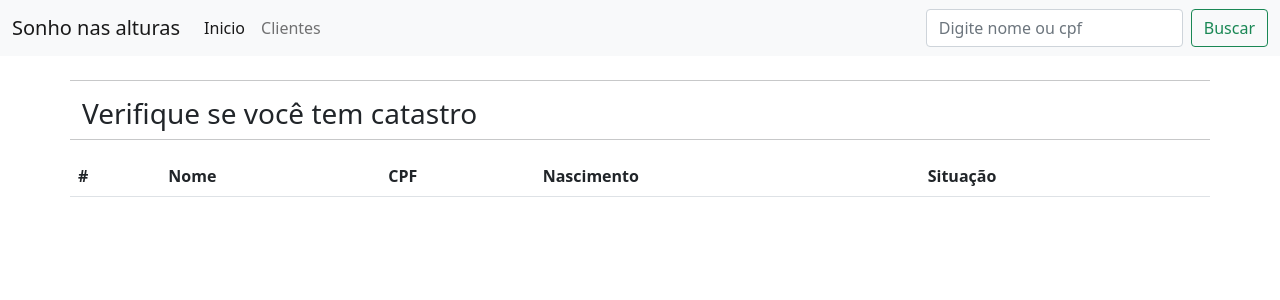
Repository: GabrielAzevedo99/back-end
Page: http://localhost/java-crud/lista.jsp
These files come from the project's save history. The page is drawn as it stood at one moment and after the next save; the edit follows.
The browser window is 1280 px wide. The pictures show the whole page.
The page is served by Tomcat 9. Other server files are loaded and not shown. The template is opened directly, without the code that normally fills it, so the values that code supplies are empty.

Above is the page before, as saved 2022-02-06 02:01:06.

### java-crud/src/main/webapp/lista.jsp
<%@ page language="java" contentType="text/html; charset=ISO-8859-1" pageEncoding="ISO-8859-1"%>
<%@ taglib uri='http://java.sun.com/jsp/jstl/core' prefix='c'%>
<!DOCTYPE html>
<html>
<head>
<meta charset="ISO-8859-1">
<title>Lista de Clientes</title>
<link href="https://cdn.jsdelivr.net/npm/bootstrap@5.1.3/dist/css/bootstrap.min.css" rel="stylesheet" integrity="sha384-1BmE4kWBq78iYhFldvKuhfTAU6auU8tT94WrHftjDbrCEXSU1oBoqyl2QvZ6jIW3" crossorigin="anonymous">
</head>
<body>
<nav class="navbar navbar-expand-lg navbar-light bg-light">
  <div class="container-fluid">
    <a class="navbar-brand" href="#">Sonho nas alturas</a>
    <button class="navbar-toggler" type="button" data-bs-toggle="collapse" data-bs-target="#navbarSupportedContent" aria-controls="navbarSupportedContent" aria-expanded="false" aria-label="Toggle navigation">
      <span class="navbar-toggler-icon"></span>
    </button>
    <div class="collapse navbar-collapse" id="navbarSupportedContent">
      <ul class="navbar-nav me-auto mb-2 mb-lg-0">
        <li class="nav-item">
          <a class="nav-link active" aria-current="page" href="index.html">Inicio</a>
        </li>
        <li class="nav-item">
          <a class="nav-link" href="#">Clientes</a>
        </li>


      </ul>
      <form action="CreateAndFind" method="GET" class="d-flex">
        <input name="pesquisa" class="form-control me-2" type="search" placeholder="Digite nome ou cpf" aria-label="Search">
        <button class="btn btn-outline-success" type="submit">Buscar</button>
      </form>
    </div>
  </div>
</nav>

<br>
<div class="container">
<div class="row">
<hr>
<h3>Verifique se você tem catastro</h3>
<hr>
<table class="table">
<thead>
<tr>
<th>#</th>
<th>Nome</th>
<th>CPF</th>
<th>Nascimento</th>
<th>Situação</th>
</tr>
</thead>

<tbody>
<c:forEach items ="${clientes}"  var="cliente">
							<tr>
								<td>${cliente. id}</td>
								<td>${cliente.nome}</td>
								<td>${cliente.cpf}</td>
								<td>${cliente.nascimento}</td>
								<td>${cliente.situação }</td>
								<td>
									<a href="ClienteControle?clienteId= ${cliente.id}">deletar</a> |
									<a href ="Cliente?clienteId=${cliente.id}">atualizar</a>
								</td>
							</tr>
						</c:forEach>
				</tbody>

</table>

</div>
</div>




<!-- JavaScript Bundle with Popper -->
<script src="https://cdn.jsdelivr.net/npm/bootstrap@5.1.3/dist/js/bootstrap.bundle.min.js" integrity="sha384-ka7Sk0Gln4gmtz2MlQnikT1wXgYsOg+OMhuP+IlRH9sENBO0LRn5q+8nbTov4+1p" crossorigin="anonymous"></script>

</body>
</html >

After the next save:
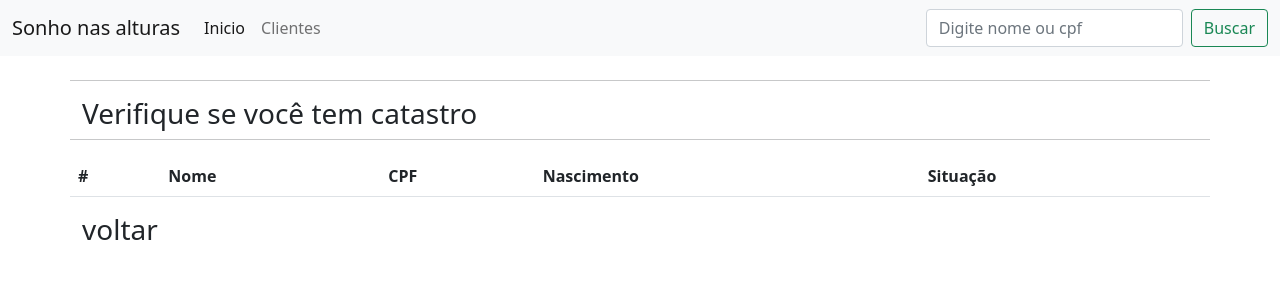
Saved 59 min 13 s later.
--- a/java-crud/src/main/webapp/lista.jsp
+++ b/java-crud/src/main/webapp/lista.jsp
@@ -67,6 +67,7 @@
 				</tbody>
 
 </table>
+<h3>voltar</h3>
 
 </div>
 </div>

After the save that followed:
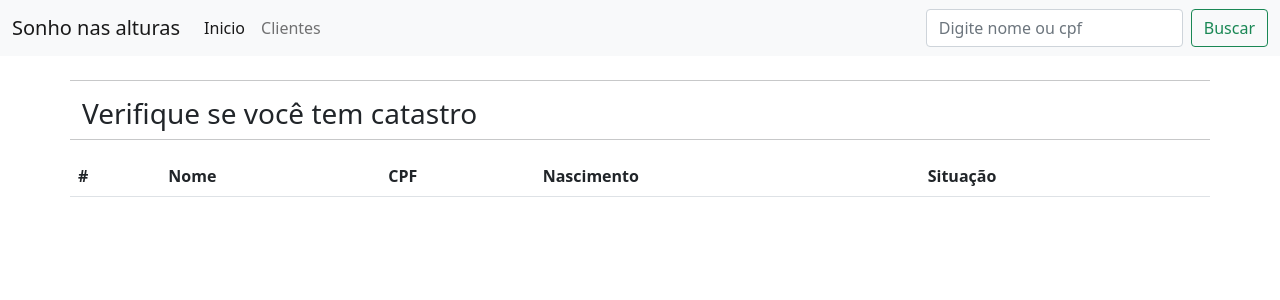
Saved 89 s later.
--- a/java-crud/src/main/webapp/lista.jsp
+++ b/java-crud/src/main/webapp/lista.jsp
@@ -67,7 +67,7 @@
 				</tbody>
 
 </table>
-<h3>voltar</h3>
+<h3><a href="index.html>voltar</a></h3>
 
 </div>
 </div>
